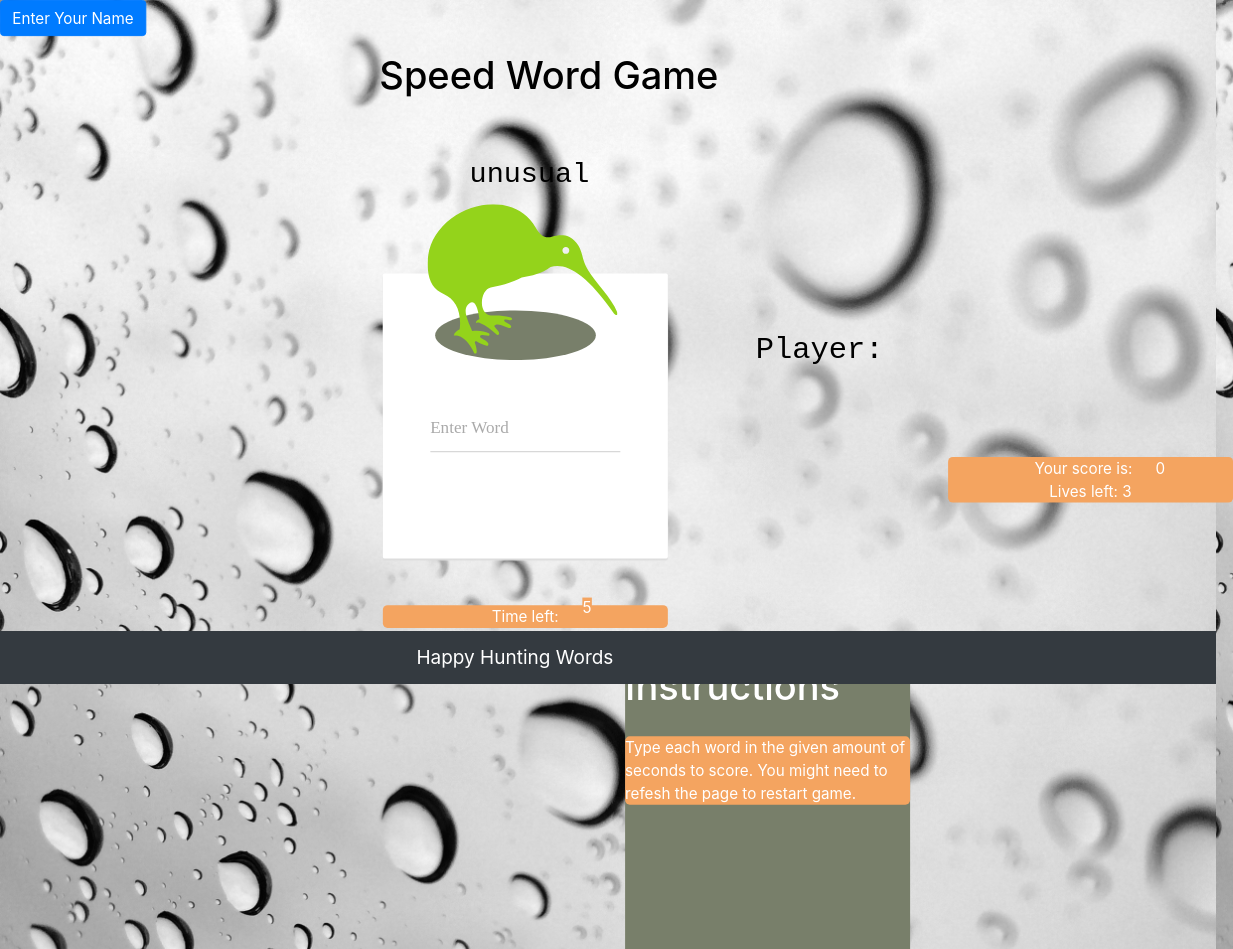
Repository: konstantin0s/word-game-project
Page: index.html
The author's editor kept a copy of each file at every save. The page is drawn from the files as they stood at one save, then again after the next save.
The browser window is 1280 px wide. The page is 1298 px wide, so the pictures cover 1298 px, including what lies to the right of the window. The pictures show the whole page, at 95% of full size.
Backgrounds fixed to the window are drawn as part of the page. Some web libraries are served in a nearby version.

Above is the page before, as saved 2019-02-12 15:13:29.
Console error: ReferenceError: loadSound is not defined

After the next save:
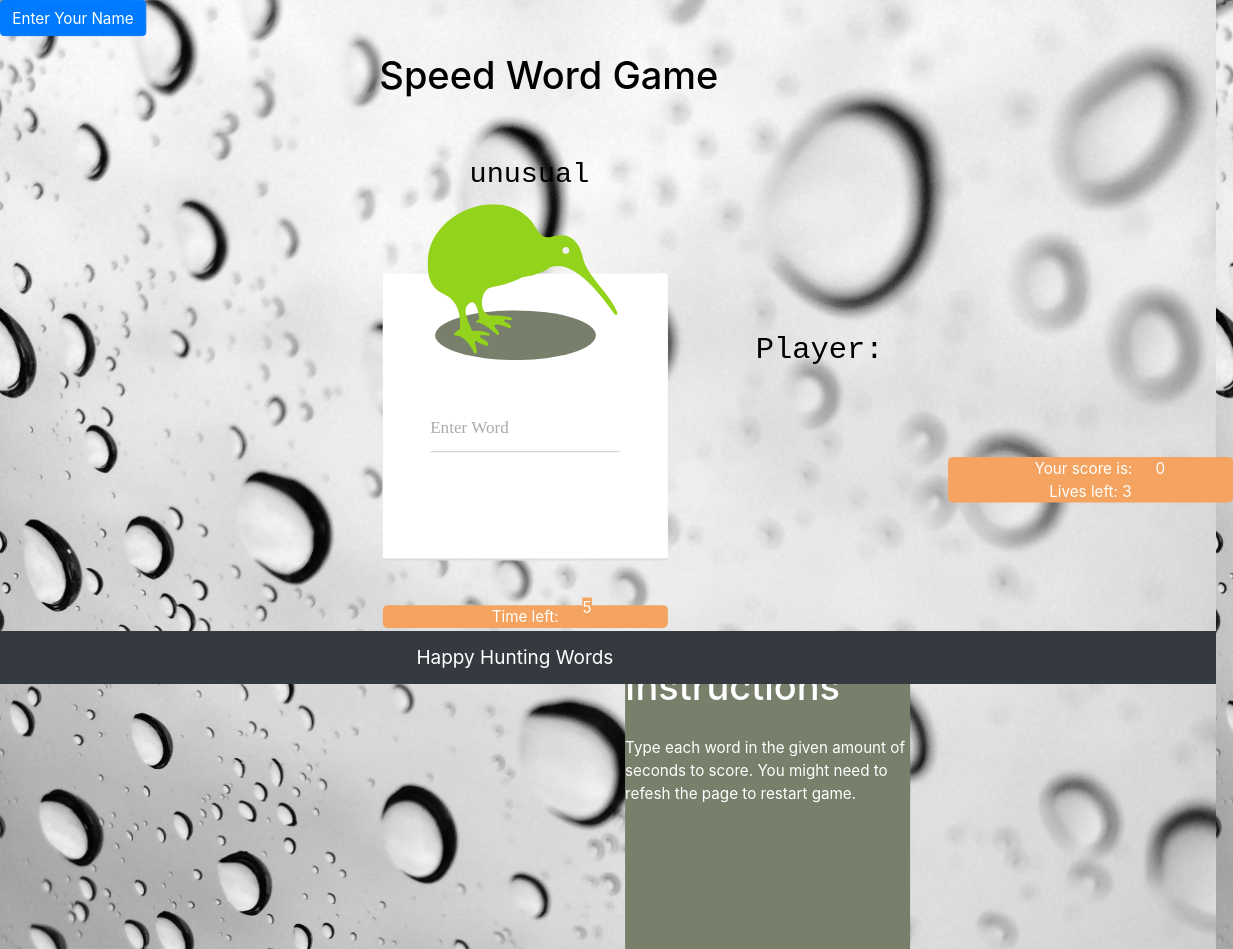
Saved 9 s later.
--- a/css/style.css
+++ b/css/style.css
@@ -222,6 +222,7 @@ b {
 }
 
 .instructions p {
+  background-color: #787f6a;
   position: relative;
   left: 0px;
   top: 20px;
